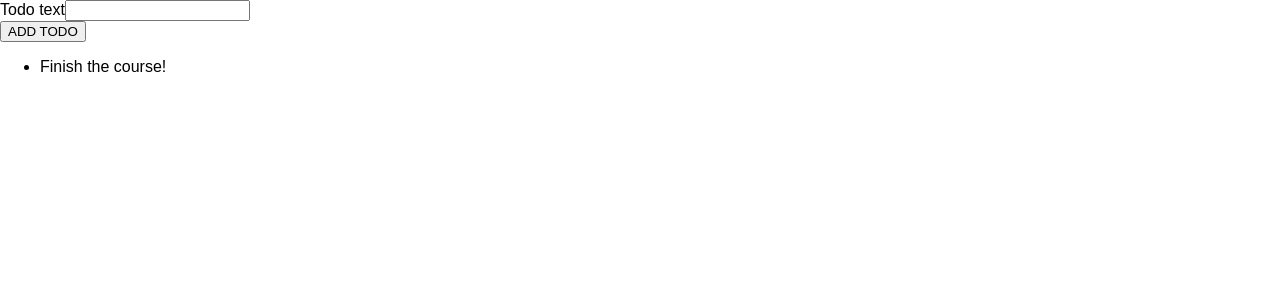
Repository: taidaid/typescript-react
Page: /
The author's editor kept a copy of each file at every save. The page is drawn from the files as they stood at one save, then again after the next save.
The browser window is 1280 px wide. The pictures show the whole page.
The project was rebuilt for these pictures with package versions that can differ from the ones it lists, and the page was loaded fresh each time.

Above is the page before, as saved 2020-05-25 15:36:37.

After the next save:
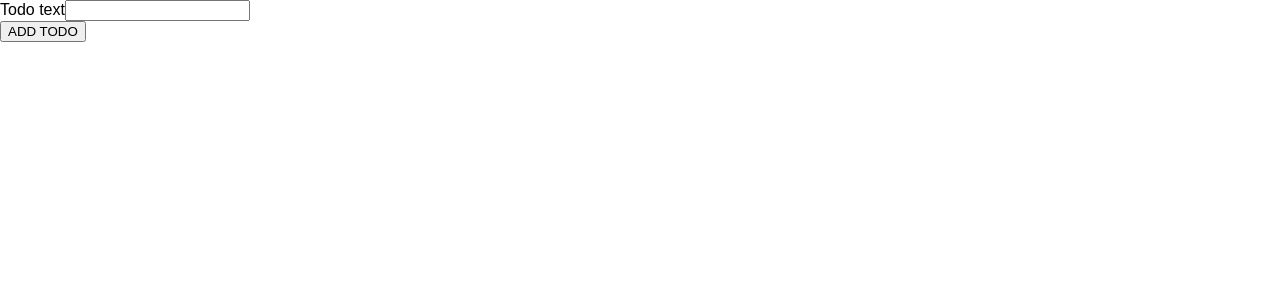
Saved 28 s later.
--- a/src/App.tsx
+++ b/src/App.tsx
@@ -1,11 +1,10 @@
 import React, { useState } from "react";
 import TodoList from "./components/TodoList";
 import NewTodo from "./components/NewTodo";
+import { Todo } from "./interfaces/todo.interface";
 
 const App: React.FC = () => {
-  const [todos, setTodos] = useState([
-    { id: "t1", text: "Finish the course!" },
-  ]);
+  const [todos, setTodos] = useState<Todo[]>([]);
 
   const todoAddHandler = (text: string) => {
     console.log(text);
